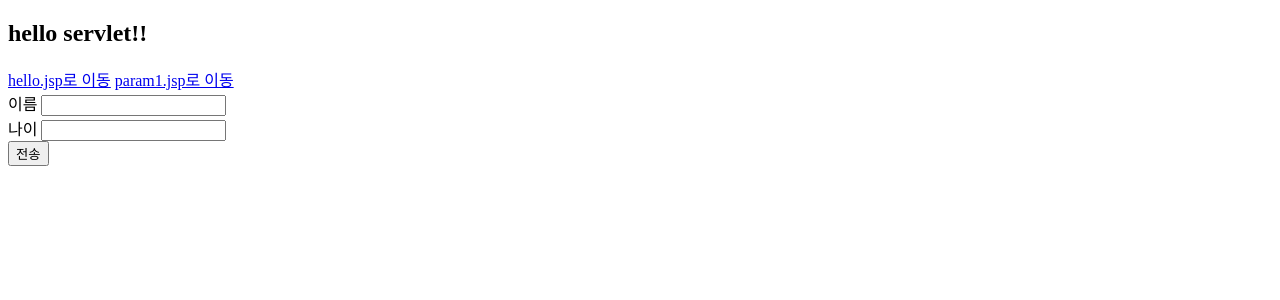
Repository: guguping/finalTestStudy
Page: http://localhost/project_20230727/
These files come from the project's save history. The page is drawn as it stood at one moment and after the next save; the edit follows.
The browser window is 1280 px wide. The pictures show the whole page.
The page is served by Tomcat 9.

Above is the page before, as saved 2023-07-27 04:22:41.

After the next save:
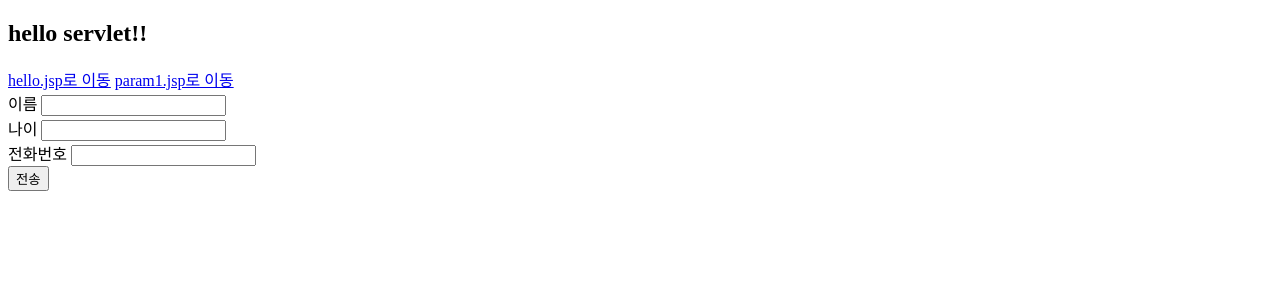
Saved 5 min 21 s later.
--- a/project_20230727/src/main/webapp/index.jsp
+++ b/project_20230727/src/main/webapp/index.jsp
@@ -11,6 +11,7 @@
 	<a href="hello.jsp">hello.jsp로 이동</a>
 	<!-- param1.jsp에 get방식으로 p1="안녕" p2="반가워" 를 보내봅시다. -->
 	<a href="param1.jsp?p1=안녕&p2=반가워"">param1.jsp로 이동</a>
+
 	<!-- form태그를 이용하여 이름(name), 나이(age)를 각각 입력 받아서
 		post 방식으로 param2.jsp로 전송하고 param2.jsp에서 입력값을 출력해 봅시다. -->
 	<form method="post" action = "param2.jsp">
@@ -18,6 +19,8 @@
 	<input type="text" id="name" name="name"><br>
 	<label for="age">나이</label>
 	<input type="text" id="age" name="age"><br>
+	<label for="mobile">전화번호</label>
+	<input type="text" id="age" name="age"><br>
 	<button type="submit">전송</button>
 	</form>
 </body>
